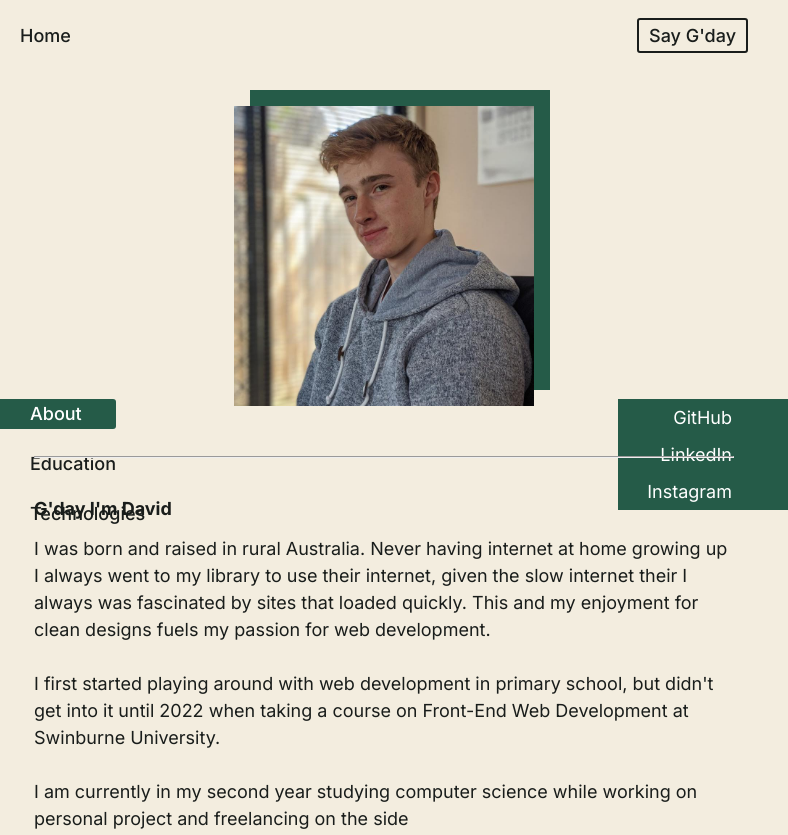
Repository: David-Waite/David-Waite-Portfolio
Page: /about
These files come from the project's save history. The page is drawn as it stood at one moment and after the next save; the edit follows.
The browser window is 768 px wide. The page is 788 px wide, so the pictures cover 788 px, including what lies to the right of the window. The pictures show the whole page.
The project was rebuilt for these pictures with package versions that can differ from the ones it lists, and the page was loaded fresh each time. The framework's server and built-in components were replaced by stand-ins that run in the browser. Also part of the build but not shown: next.config.js.

Above is the page before, as saved 2023-07-27 10:27:02.

After the next save:
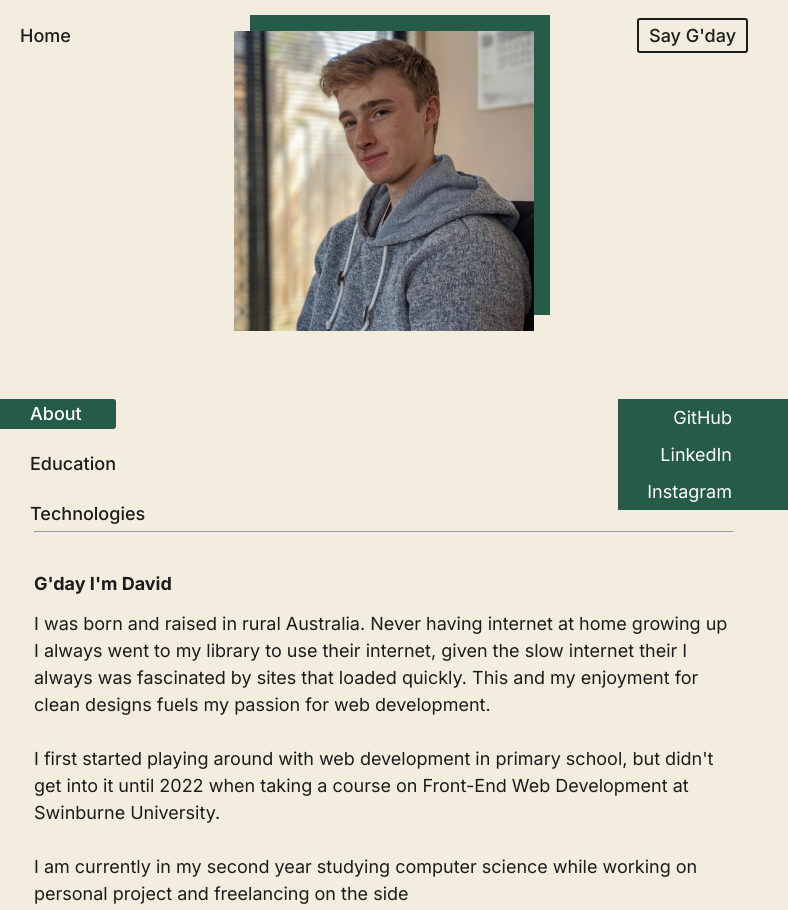
Saved 7 s later.
--- a/app/about/page.module.css
+++ b/app/about/page.module.css
@@ -126,7 +126,7 @@
 @media (max-width: 768px) {
   .container hr {
     display: inline;
-    margin: 50px 0 40px;
+    margin: 200px 0 40px;
   }
   .container {
     padding: 20px;
